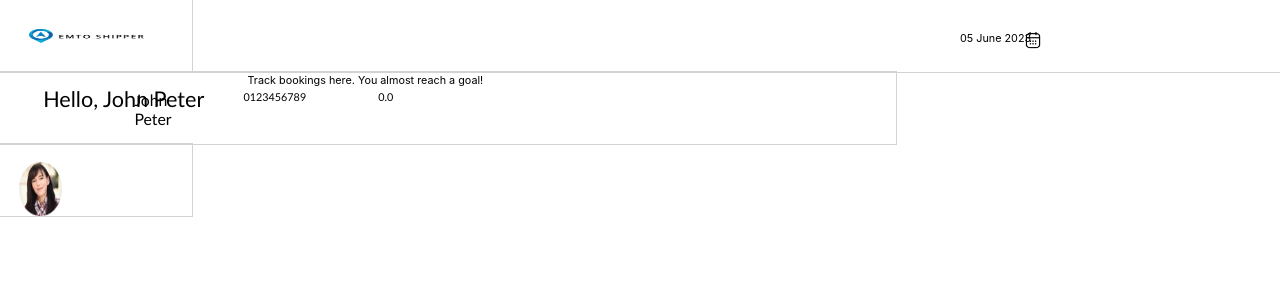
Repository: RoshanArun/Emto-Web
Page: /dashboard (app in emto/reactfirst/)
The author's editor kept a copy of each file at every save. The page is drawn from the files as they stood at one save, then again after the next save.
The browser window is 1280 px wide. The pictures show the whole page.
The project was rebuilt for these pictures with package versions that can differ from the ones it lists, and the page was loaded fresh each time. Also part of the build but not shown: emto/reactfirst/src/pages/SignUp/SignUp.css, emto/reactfirst/src/pages/SignUp/SignUp.js, emto/reactfirst/src/pages/Login/Login.js.

Above is the page before, as saved 2023-07-27 12:44:05.

### emto/reactfirst/src/App.js
import React from 'react';
import './pages/Login/Login.css';
import './pages/SignUp/SignUp.css';
import './pages/DashBoard/DashBoard.css';

import { BrowserRouter as Router, Routes, Route }
    from 'react-router-dom';

import SignUp from './pages/SignUp/SignUp';
import Login from './pages/Login/Login';
import DashBoard from './pages/DashBoard/DashBoard';


function App() {
    return (
        <Router>
            <Routes>
                <Route exact path='/' element={<Login />} />
                <Route path='/sign-up' element={<SignUp />} />
                <Route path='/dashboard' element={<DashBoard />} />
            </Routes>
        </Router>
    );
}

export default App;

### emto/reactfirst/src/pages/Login/Login.css
.wrapper {
  width: 100%;
  height: 100%;
  display: flex;
  flex-basis: 100%;
}

.page-left {
  width: 30%;
  min-width: 250px;
  height: 100vh;
  min-height: 570px;
  background-color: #f5f5f5;
}

.page-right {
  width: 100%;
  height: 75vh;
  background-color: #ffffff;
}

.logo {
  width: 60%;
  padding-top: 5%;
  padding-left: 5%;
  padding-bottom: 35%;
}

.truck {
  width: 100%;
  padding-bottom: 10%;
}

.emtocaption {
  width: 65%;
  padding-left: 7%;
  padding-bottom: 5%;
}

.box {
  width: 85%;
  background-color: white;
  border-radius: 25px;
  margin-left: 5%;
  padding-left: 5%;
  padding-top: 2%;
  padding-bottom: 10%;
}

.details {
  font-size: 13px;
  font-family: 'Gill Sans', 'Gill Sans MT', Calibri, 'Trebuchet MS', sans-serif;
  padding-bottom: 8%;
}

.link {
  font-size: 10px;
  font-family: 'Gill Sans', 'Gill Sans MT', Calibri, 'Trebuchet MS', sans-serif;
}

.signin-content {
  height: 85%;
  width: 240px;
  margin-left: auto;
  margin-right: auto;
  padding-top: 30vh;
  min-height: 300px;
}

.signin-label {
  font-size: 27px;
  padding-bottom: 10%;
  padding-right: 30%;
  font-family: 'Gill Sans', 'Gill Sans MT', Calibri, 'Trebuchet MS', sans-serif;
  float: left;
}

.num-label {
  float: left;
  font-size: 12px;
  margin-bottom: 7px;
  font-family: 'Gill Sans', 'Gill Sans MT', Calibri, 'Trebuchet MS', sans-serif;
}

.numinput {
  border-radius: 5px;
  border: 1px solid lightgrey;
  height: 35px;
  width: 235px;
  float: left;
}

input::-webkit-inner-spin-button {
  -webkit-appearance: none;
  margin: 0;
}

.small {
  display: block;
  margin-bottom: -10px;
}

.invalidnumber {
  font-size: 8px;
  float: right;
  color: red;
}

.OTP-label {
  float: left;
  font-size: 11px;
  margin-right: 200px;
  margin-bottom: 7px;
  font-family: 'Gill Sans', 'Gill Sans MT', Calibri, 'Trebuchet MS', sans-serif;
}

.OTPNUM-input {
  width: 50px;
  height: 50px;
  border-radius: 5px;
  border: 1px solid lightgrey;
  position: relative;
  margin-right: 6px;
}

.OTPNUM-inputend {
  width: 50px;
  height: 50px;
  border-radius: 5px;
  border: 1px solid lightgrey;
  position: relative;
}

.invalidOTP {
  font-size: 8px;
  float: right;
  color: red;
}

.submit-button {
  width: 240px;
  height: 35px;
  background-color: #0d69ae;
  color: white;
  border-radius: 5px;
  border: 1px solid lightgrey;
  font-family: 'Gill Sans', 'Gill Sans MT', Calibri, 'Trebuchet MS', sans-serif;
  font-size: 11px;
  margin-top: 10px;
}

.bottom {
  height: 5%;
  margin-top: 1.5%;
  width: 100%;
  font-size: 9px;
  font-family: 'Gill Sans', 'Gill Sans MT', Calibri, 'Trebuchet MS', sans-serif;
}

.terms {
  margin-left: 5px;
  float: left;
}

.language {
  font-size: 9px;
  float: right;
  font-family: 'Gill Sans', 'Gill Sans MT', Calibri, 'Trebuchet MS', sans-serif;
  padding: 3px;
  margin-right: 10px;
}

.radio-button {
  float: right;
  height: 10px;
  width: 10px;
}

@media (max-width: 600px) {
  .wrapper {
    flex-wrap: wrap;
  }

  div {
    flex-basis: 33%;
  }

  .page-left {
    width: 100%;
    min-width: 100%;
    height: 100%;
    background-color: #f5f5f5;
  }

  .box {
    width: 85%;
    background-color: white;
    border-radius: 25px;
    margin-left: 5%;
    padding-left: 5%;
    padding-top: 2%;
    padding-bottom: 5%;
    margin-bottom: 5%;
  }

  .page-right {
    width: 100%;
    min-width: 100%;
    height: 150vw;
    background-color: #f5f5f5;
  }

  .signin-content {
    height: 85%;
    width: 240px;
    padding-top: 25vh;
    text-align: center;

  }
}

### emto/reactfirst/src/pages/DashBoard/DashBoard.css
.dash-top{
  height: 10vh;
  width: 100vw;
  outline: 1px solid lightgray;
  min-height: 65px;
}

.dash-bottom{
  height: 10vh;
  width: 10vw;
  outline: 1px solid lightgray;
  min-height: 65px;
  display: flex;
}

.top1{
  width: 15vw;
  height: 10vh;
  outline: 1px solid lightgray;
  min-height: 65px;
  display: flex;

}

.top2{
  width: 70vw;
  height: 10vh;
  outline: 1px solid lightgray;
  min-height: 65px;
  display: flex;

}

.top3{
  width: 15vw;
  height: 10vh;
  outline: 1px solid lightgray;
  min-height: 65px;
  display: flex;

}

.bottom{
  width: 15vw;
  outline: 1px solid lightgray;
  min-height: 65px;
}







.dashboard-right{
  width: 100vw;
}

.right1{
  width: 60vw;
  height: 100vh;
  outline: 1px solid lightgray;
}

.right2{
  width: 10vw;
  height: 30vh;
  outline: 1px solid lightgray;
}

.dashboard-top {
  height: 10vh;
  width: 74vw;
  outline: 1px solid lightgray;
  min-height: 65px;
}

.dashboard-top2 {
  height: 10vh;
  width: 20vw;
  outline: 1px solid lightgray;
  min-height: 65px;
}

.dashboard-left {
  width: 15vw;
  height: 100vh;
  outline: 1px solid lightgray;
  min-width: 130px;
}

.dashboardlogo {
  width: 60%;
  margin-top: 15%;
  margin-bottom: 15%;
  margin-left: 15%;
}

.dashboardicon {
  margin-top: 12%;
  margin-left: 15%;
  width: 13%;
}

.dashboardlabels {
  margin-left: 7%;
  font-size: 1vw;
  position: relative;
  bottom: .5vw;
  font-family: 'Gill Sans', 'Gill Sans MT', Calibri, 'Trebuchet MS', sans-serif;
  color: black;
}

.pro {
  font-size: 1.0vw;
  font-weight: bold;
  text-align: center;
  display: block;
  margin-bottom: 5%;
  margin-top: 15%;
}

.unlock {
  display: block;
  font-size: .8vw;
  word-wrap: break-word;
  text-align: center;

}

.unlock2 {
  font-size: .8vw;
  text-align: center;
  display: block;

}

.upgrade {
  background-color: lightblue;
  border: none;
  border-radius: 15px;
  width: 45%;
  height: 3.5%;
  margin-left: auto;
  margin-right: auto;
  display: grid;
  margin-bottom: 15vh;


  text-align: center;
  font-size: .9vw;
  font-weight: bold;
  align-items: center;
}

.intro {
  font-size: 3vh;
  font-family: 'Gill Sans', 'Gill Sans MT', Calibri, 'Trebuchet MS', sans-serif;
  padding-left: 6vh;
  margin-top: 2vh;
  display: inline-block;
}

.introsub {
  margin-left: 6vh;
  font-size: 1.5vh;
  margin-top: 2px;
  display: flex;
}


.Calender {
  margin-left: auto;
  font-size: 1.5vh;
  position: absolute;
  top: 4.5%;
  left: 75%
}

.calenderIcon {
  width: 2.5vh;
  margin-left: 5vw;
  position: absolute;
  top: 4.25%;
  left: 75%
}

.profileIcon {
  width: 6vh;
  margin-left: 10%;
  margin-top: 2.5vh;
}

.userLabel {
  margin-left: 10vh;
  font-size: 2.2vh;
  position: relative;
  bottom: 7.5vh;
  font-family: 'Gill Sans', 'Gill Sans MT', Calibri, 'Trebuchet MS', sans-serif;
  color: black;
  display: block;
  margin-bottom: -17.5px
}

.userLabel2 {
  margin-left: 10vh;
  font-size: 1.5vh;
  position: relative;
  bottom: 7.5vh;
  font-family: 'Gill Sans', 'Gill Sans MT', Calibri, 'Trebuchet MS', sans-serif;
  color: black;
  display: block;
  margin-bottom: -17.5px
}

.box{
  margin-top: 5vh;
  height: 6vh;
  width: 12.5vw;
  outline: 1px solid lightgray;
  display: inline-block;
}

### emto/reactfirst/src/pages/DashBoard/DashBoard.js
import React from 'react';
import IMAGES from '../../Components';

const DashBoard = () => {
    return (
        <div class="DashBoard">
            <meta name="viewport" content="width=device-width, initial-scale=1.0" />
            <div class="wrapper">
                <div class="dash-top">
                    <div class="top1">
                        <img src={IMAGES.emtologo} class="dashboardlogo" alt="dashboardlogo" /><br></br>
                    </div>
                    <div class="top2">
                        <label class="intro">Hello, John Peter</label>
                        <label class="Calender">05 June 2023</label>
                        <img src={IMAGES.calender} class="calenderIcon" alt="dashboardlogo" /><br></br>
                        <label class="introsub">Track bookings here. You almost reach a goal!</label>
                    </div>
                    <div class="top3">
                        <img src={IMAGES.profile} class="profileIcon" alt="dashboardlogo" />
                        <label class="userLabel">John Peter</label><br></br>
                        <label class="userLabel2">0123456789</label><br></br>
                        <label class="userLabel2">0.0</label><br></br>
                    </div>

                </div>

                {/* <div class="dash-bottom">
                    <div class="bottom1">
                    <label class="userLabel">John Peter</label><br></br>

                    </div>
                    <div class="bottom2">

                    </div>
                    <div class="bottom3">

                    </div>
                </div> */}


                {/* <div class="dashboard-left">

                    <img src={IMAGES.dashboard} class="dashboardicon" alt="dashboardlogo" /><label class="dashboardlabels">Dashboard</label><br></br>
                    <img src={IMAGES.senders} class="dashboardicon" alt="dashboardlogo" /><label class="dashboardlabels">Senders</label><br></br>
                    <img src={IMAGES.recievers} class="dashboardicon" alt="dashboardlogo" /><label class="dashboardlabels">Recievers</label><br></br><br></br><br></br><br></br><br></br>
                    <label class="pro">Upgrade to Pro</label>
                    <label class="unlock">Get 1 Month Free</label>
                    <label class="unlock2">and Unlock</label><br></br>
                    <button class="upgrade">Upgrade</button>

                    <img src={IMAGES.settings} class="dashboardicon" alt="dashboardlogo" /><label class="dashboardlabels">Settings</label><br></br>
                    <img src={IMAGES.csx} class="dashboardicon" alt="dashboardlogo" /><label class="dashboardlabels">Help Desk</label><br></br>
                    <img src={IMAGES.logout} class="dashboardicon" alt="dashboardlogo" /><label class="dashboardlabels">Logout</label><br></br>
                </div>

                <div class="dashboard-right">

                    <div class="dashboard-top">

                    </div>

                    <div class="right1">
                        <div class="box">

                        </div>
                        <div class="box">

                        </div>
                        <div class="box">

                        </div>
                        <div class="box">

                        </div>
                        <div class="box">

                        </div>
                        <div class="box">

                        </div>
                        <div class="box">

                        </div>
                        <div class="box">

                        </div>
                        <div class="box">

                        </div>
                    </div>


                    <div class="right2"></div>

                </div> */}



                {/* <div class="dashboard-top2">

                </div> */}
            </div>


        </div>
    );
}



export default DashBoard;

### emto/reactfirst/src/Components/index.js
const IMAGES = {
    emtocaption: require('./emto-caption.png'),
    emtotruck: require('./emtotruck.jpg'),
    emtologo: require('./emto-logo.png'),

    dashboard: require('./business-report.png'),
    senders: require('./senders.png'),
    recievers: require('./recievers.png'),

    settings: require('./settings.png'),
    csx: require('./customer-service.png'),
    logout: require('./logout.png'),

    calender: require('./calendar.png'),
    profile: require('./profile.png')


}

export default IMAGES;

Loaded but not shown: emto/reactfirst/public/index.html (common file); emto/reactfirst/src/index.js (common file); emto/reactfirst/src/index.css (common file); emto/reactfirst/src/reportWebVitals.js (common file)

After the next save:
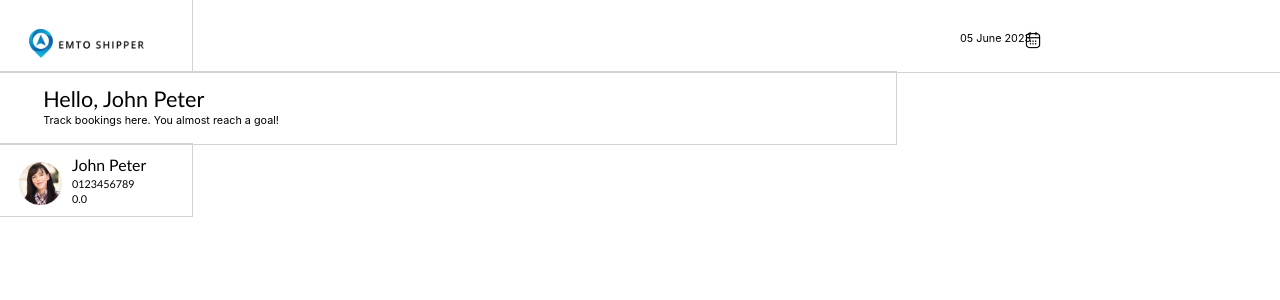
Saved 5 s later.
--- a/emto/reactfirst/src/pages/DashBoard/DashBoard.css
+++ b/emto/reactfirst/src/pages/DashBoard/DashBoard.css
@@ -10,7 +10,6 @@
   width: 10vw;
   outline: 1px solid lightgray;
   min-height: 65px;
-  display: flex;
 }
 
 .top1{
@@ -18,8 +17,6 @@
   height: 10vh;
   outline: 1px solid lightgray;
   min-height: 65px;
-  display: flex;
-
 }
 
 .top2{
@@ -27,8 +24,6 @@
   height: 10vh;
   outline: 1px solid lightgray;
   min-height: 65px;
-  display: flex;
-
 }
 
 .top3{
@@ -36,8 +31,6 @@
   height: 10vh;
   outline: 1px solid lightgray;
   min-height: 65px;
-  display: flex;
-
 }
 
 .bottom{
